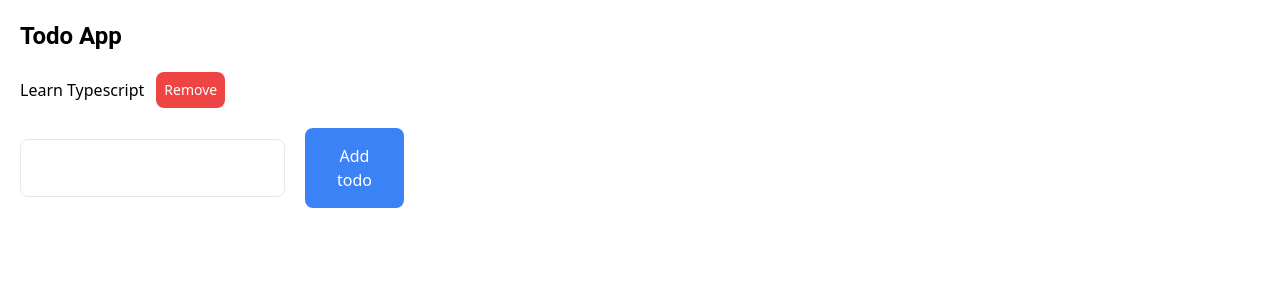
Repository: vophuocthanh/react-typescript
Page: /
The author's editor kept a copy of each file at every save. The page is drawn from the files as they stood at one save, then again after the next save.
The browser window is 1280 px wide. The pictures show the whole page.
The project was rebuilt for these pictures with package versions that can differ from the ones it lists, and the page was loaded fresh each time. Also part of the build but not shown: vite.config.ts.

Above is the page before, as saved 2023-04-05 00:28:22.

### src/App.tsx
import React, { useReducer, useRef } from "react";
const Heading = ({ title }: { title: string }) => {
  return <h2 className="font-primary font-bold text-2xl mb-5">{title}</h2>;
};
type ActionType =
  | { type: "ADD"; text: string }
  | { type: "REMOVE"; id: number };
interface Todo {
  id: number;
  text: string;
}
const todoReducer = (state: Todo[], action: ActionType) => {
  switch (action.type) {
    case "ADD":
      return [
        ...state,
        {
          id: state.length,
          text: action.text,
        },
      ];
    case "REMOVE":
      return state.filter((todo: Todo) => todo.id !== action.id);
    default:
      throw new Error("");
  }
};
const initialState: Todo[] = [
  {
    id: 1,
    text: "Learn Typescript",
  },
];
const App = () => {
  const [todos, dispatch] = useReducer(todoReducer, initialState);
  const inputRef = useRef<HTMLInputElement>(null);
  const onRemoveTodo = (todoId: number) => {
    dispatch({
      type: "REMOVE",
      id: todoId,
    });
  };
  const onAddTodo = () => {
    if (inputRef.current) {
      dispatch({
        type: "ADD",
        text: inputRef.current.value,
      });
    }
  };
  return (
    <div>
      <Heading title="Todo App"></Heading>
      <div className="max-w-sm">
        <div className="mb-5">
          {todos.map((todo) => (
            <div className="flex items-center gap-x-3" key={todo.id}>
              <span>{todo.text}</span>
              <button
                onClick={() => onRemoveTodo(todo.id)}
                className="p-2 rounded-lg bg-red-500 text-white font-medium text-sm"
              >
                Remove
              </button>
            </div>
          ))}
        </div>
        <div className="flex items-center gap-x-5">
          <input
            type="text"
            className="p-4 border border-slate-200 rounded-lg outline-none"
            ref={inputRef}
          />
          <button
            onClick={onAddTodo}
            className="p-4 rounded-lg bg-blue-500 text-white text-center"
          >
            Add todo
          </button>
        </div>
      </div>
    </div>
  );
};

export default App;

### src/index.css
@tailwind base;
@tailwind components;
@tailwind utilities;
@layer base {
  body {
    @apply p-5;
  }
}

### tailwind.config.js
/** @type {import('tailwindcss').Config} */
export default {
  content: ["./index.html", "./src/**/*.{js,ts,jsx,tsx}"],
  theme: {
    extend: {
      fontFamily: {
        primary: ["Roboto"],
      },
    },
  },
  plugins: [],
};

Loaded but not shown: index.html (common file); src/main.tsx (common file)

After the next save:
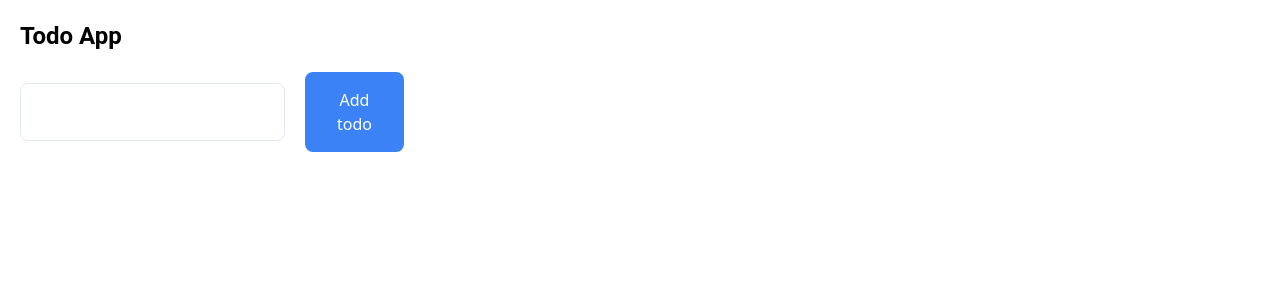
Saved 26 s later.
--- a/src/App.tsx
+++ b/src/App.tsx
@@ -25,12 +25,7 @@ const todoReducer = (state: Todo[], action: ActionType) => {
       throw new Error("");
   }
 };
-const initialState: Todo[] = [
-  {
-    id: 1,
-    text: "Learn Typescript",
-  },
-];
+const initialState: Todo[] = [];
 const App = () => {
   const [todos, dispatch] = useReducer(todoReducer, initialState);
   const inputRef = useRef<HTMLInputElement>(null);
